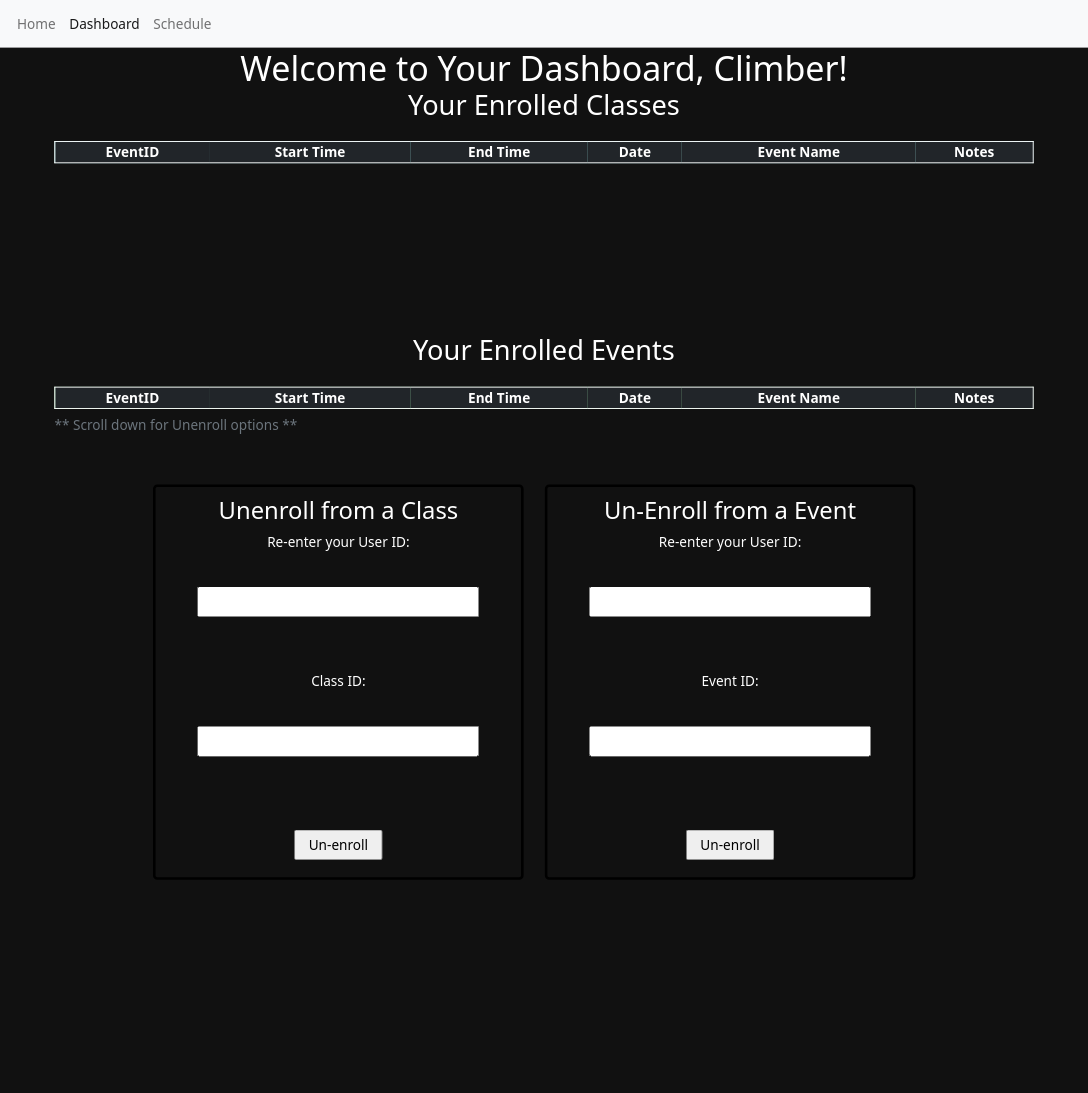
Repository: jennefercampoverde/Rock-Climb-Up
Page: http://localhost/Climberdashboard.php
An editor plug-in stored every save of this project. The page is shown before and after the next save, followed by the edit.
The browser window is 1280 px wide. The pictures show the whole page, at 85% of full size.
The page is run by PHP 8.4 with error messages shown; the project is at /var/www/html/. Queries for data that is not in the repository find no rows.

Above is the page before, as saved 2024-12-08 00:52:59.

### Climberdashboard.php
 <!--show schedule-->
 <DOCTYPE HTML>
<html>
<head>
  <meta charset="utf-8">
  <meta name="viewport" content="width=device-width, initial-scale=1">
  <title> </title>
  <link rel="stylesheet" type="text/css" href="style.css">
  <link href="https://cdn.jsdelivr.net/npm/bootstrap@5.2.3/dist/css/bootstrap.min.css" rel="stylesheet" integrity="sha384-rbsA2VBKQhggwzxH7pPCaAqO46MgnOM80zW1RWuH61DGLwZJEdK2Kadq2F9CUG65" crossorigin="anonymous">
</head>
<body id="home" >
<nav class="navbar navbar-expand-lg bg-light">
    <div class="container-fluid">
    <button class="navbar-toggler" type="button" data-bs-toggle="collapse" data-bs-target="#navbarNavAltMarkup" aria-controls="navbarNavAltMarkup" aria-expanded="false" aria-label="Toggle navigation">
      <span class="navbar-toggler-icon"></span>
    </button>
    <div class="collapse navbar-collapse" id="navbarNavAltMarkup">
      <div class="navbar-nav">
        <a class="nav-link " aria-current="page" href="index2.html">Home</a>
        <a class="nav-link active" href="Climberdashboard.html">Dashboard</a>
        <a class="nav-link" href="schedule.html">Schedule</a>

      </div>
    </div>
  </div>
</nav>
<div id="allText">
<h1 class="headers">Welcome to Your Dashboard, Climber!</h1>
<div id="1" class="scroll">
<h2 class="tableHeaders"> Your Enrolled Classes </h2>
<table class="tablesFormatClasses">
  <br>
    <thead>
    <tr class="bg-dark text-white">
      <th>EventID</th>
      <th> Start Time</th>
      <th> End Time</th>
      <th> Date</th>
      <th>Event Name</th>
      <th>Notes</th>
    </tr>
    </thead>
    <tbody>

<?php
//find events user register for


$servername="localhost";
$username="root";
$password= "";
$database= "SEProject2";
$conn=new mysqli($servername, $username, $password, $database);


//check connection
if($conn->connect_error){
   die("Connection failed" . $conn->connect_error);
   }
 else{

$userID=1;

$findUserEvents="SELECT * FROM Classes WHERE UserID='$userID'";
 $result=$conn->query($findUserEvents);

 if($result->num_rows>0){
   while($row = $result->fetch_assoc()) {
   echo "<tr>
   <td>" . $row['ClassID'] . "</td>
   <td>". $row['StartTime'] . "</td>
   <td>".$row['EndTime'] . "</td>
   <td>".$row['Date']. "</td>
   <td>". $row['ClassName']."</td>
   <td>". $row['Difficulty']."</td>
   </tr>";

}
 }
}
 ?>
 </tbody>
</table>
</div>

<div >
  <h2 class="tableHeaders"> Your Enrolled Events </h2>
  <table class="tablesFormatEvents">
  <br>
    <thead>
    <tr class="bg-dark text-white">
      <th>EventID</th>
      <th> Start Time</th>
      <th> End Time</th>
      <th> Date</th>
      <th>Event Name</th>
      <th>Notes</th>
    </tr>
    </thead>
    <tbody>

 <?php

 $findUserClasses="SELECT * FROM Events WHERE UserID='$userID'";
 $output=$conn ->query($findUserClasses);

 if($output->num_rows>0)
 {
  while($instance=$output->fetch_assoc()){
    echo "<tr>
    <td>".$instance['EventID'] . "</td>
    <td>".$instance['Date']. "</td>
   <td>".$instance['StartTime'] . "</td>
   <td>".$instance['EndTime'] . "</td>
   <td>".$instance['EventName']."</td>
   <td>".$instance['Notes']."</td>
   </tr>";
    }
 }


 //if they press enroll
 //if they press unenroll button
 //if they press logout button do session_destroy(); and redirect to the index.php

?>

</tbody>
<caption id="scrollDownTextUnenroll"> ** Scroll down for Unenroll options **</caption>
</table>

</div>


<!----- Forms-->
<div id="2" class="scroll-animation">

<table class="tablesFormatForms">
    <tr>
      <td>
  <div id="unEnrollClassContainer" class="dashboardContainers">
    <h3> Unenroll from a Class </h3>
    <form id="classForm" action="POST">
    <label for="userID">Re-enter your User ID: </label><br>
      <input type="text" id="ProvidedUserIDClass"><br><br>
      <label for="classID">Class ID: </label><br>
      <input type="text" id="classID"><br><br>
      <br> <input type="Submit" name="unenrollUserClass" value="Un-enroll">
    </form>
  </div>
</td>
<td>
    <div id="enrollContainer" class="dashboardContainers">
    <h3> Un-Enroll from a Event </h3>
    <form id="eventForm" action="POST">
    <label for="userID">Re-enter your User ID: </label><br>
      <input type="text" id="ProvidedUserIDEvents"><br><br>
       <label for="eventID">Event ID: </label><br>
      <input type="text" id="eventID"><br><br>
      <br> <input type="Submit" name="unenrollUserEvent" value="Un-enroll">
    </form>
  </div>
</td>
</tr>
</table>
</div>

<script src="https://cdn.jsdelivr.net/npm/bootstrap@5.2.3/dist/js/bootstrap.bundle.min.js" integrity="sha384-kenU1KFdBIe4zVF0s0G1M5b4hcpxyD9F7jL+jjXkk+Q2h455rYXK/7HAuoJl+0I4" crossorigin="anonymous"></script>
	<script src="script.js"> </script>
</body>
</html>
</DOCTYPE>
<?php


if(isset($_POST['unenrollUserEvent'])){

  $ProvidedUserIDClass=
  $ProvidedUserIDEvent=
  $submittedEventID=
  $submittedClassID=

$AddEvent="DELETE FROM ConfirmEvent WHERE EventID='$submittedEventID' AND UserID='ProvidedUserIDEvent'";

}
else if(isset($_POST['unenrollUserClass'])){
  $AddClass="DELETE FROM ConfirmClass WHERE EventID='$submittedClassID' AND UserID='ProvidedUserIDClass'";

}
$conn->close();
?>

### style.css


#ClimberHeader,.tableHeaders, .headers
{
    margin: auto;
    text-align: center;

}

.tablesFormatClasses{
    border: 1px solid;
    text-align: center;
    width: 100%;
    background-color: #96D4D4;

}
.tablesFormatEvents{
    border: 1px solid;
    text-align: center;
    width: 100%;
    background-color: #96D4A4;
}

.tablesFormatForms {
  border: 1px solid;
  text-align: center;
  margin-top:50px;
  border:none;
  width: 80%;
  border-collapse: collapse;
  margin-left:10%;
  margin-right:10%;
}

.tablesFormatForms td {
  width: 33%;
  vertical-align: top;
}

.dashboardContainers {
  height: auto;
  width: 95%;
  padding: 10px;
  border:3px solid black;
  border-radius:5px;
  text-align: center;
}

.tablesFormatClasses tr:hover, .tablesFormatEvents tr:hover, .tablesFormatUsers tr:hover{
    background-color:  #D6EEEE;
}

.tablesFormatForms tr{
  width:100%;
}

.tablesFormatUsers{
    border: 1px solid;
    text-align: center;
    width: 100%;
    background-color: #B660A4;
}

.dashboardContainers form {
  width: 90%; /* Uniform width for all forms */
  margin: 0 auto; /* Center the forms */
}

.dashboardContainers label, .dashboardContainers input {
  display: block; /* Stack form elements vertically */
  width: 90%; /* Consistent width for labels and inputs */
  margin: 10px auto; /* Add spacing and center the elements */
  box-sizing: border-box;
}

.dashboardContainers input[type="text"] {
  padding: 5px; /* Add padding for better appearance */
}

.dashboardContainers input[type="submit"] {
  width: auto; /* Adjust button width automatically */
  padding: 5px 15px;
  cursor: pointer;
}

.staff {
  width:50%;
  height:50%;
}

.tablesFormatStaff {
  text-align: center;
  margin-top:50px;
  border:none;
  width: 80%;
  border-collapse: collapse;
  margin-left:10%;
  margin-right:10%;
}

.tablesFormatStaff td {
  width: 33%;
  vertical-align: top;
}

.staffContainers {
  height: auto;
  width: 95%;
  padding: 10px;
  border-radius:5px;
  text-align: center;
}

#home {
  background-color:#111;
  color:white;
}

#allText {
  margin-right:5%;
  margin-left:5%;
}

#allText div p {
	font-size:24px;
}

.scroll {
	scroll-snap-align:center;
	text-align:center;
	flex:none;
	margin-bottom:200px;
}

.scroll-animation {
	scroll-snap-align:center;
	text-align:center;
	flex:none;
	margin-bottom:250px;
	opacity: 0;
	transform: translateY(20px); /* Example animation: Slide up from bottom */
	transition: opacity 0.5s ease, transform 0.5s ease;
}

.scroll-animation.is-visible {

  opacity: 1;

  transform: translateY(0);

}

.test {
	border:none;
}

/* Dropdown Button */
.dropbtn {
  background-color: #3498DB;
  color: white;
  padding: 10px;
  font-size: 16px;
  border: none;
  cursor: pointer;
}

/* Dropdown button on hover & focus */
.dropbtn:hover, .dropbtn:focus {
  background-color: #2980B9;
}

/* The container <div> - needed to position the dropdown content */
.dropdown {
  position: relative;
  display: inline-block;
}

/* Dropdown Content (Hidden by Default) */
.dropdown-content {
  display: none;
  position: absolute;
  background-color: #f1f1f1;
  min-width: 160px;
  box-shadow: 0px 8px 16px 0px rgba(0,0,0,0.2);
  z-index: 1;
}

/* Links inside the dropdown */
.dropdown-content a {
  color: black;
  padding: 12px 16px;
  text-decoration: none;
  display: block;
}

/* Change color of dropdown links on hover */
.dropdown-content a:hover {
  background-color: #ddd;
}

/* Show the dropdown menu (use JS to add this class to the .dropdown-content container when the user clicks on the dropdown button) */
.show {
  display:block;
}

### script.js
const elementsToAnimate = document.querySelectorAll('.scroll-animation'); // Select elements with 'scroll-animation' class

function handleScroll() {
  elementsToAnimate.forEach(element => {
    const rect = element.getBoundingClientRect();

    if (rect.top >= window.innerHeight * 0.8 || rect.bottom <= 0.5) {
      // Remove 'is-visible' class when element is out of view
      element.classList.remove('is-visible');
    } else {
      // Add 'is-visible' class when element is in view
      element.classList.add('is-visible');
    }
  });
}

window.addEventListener('scroll', handleScroll);


/* When the user clicks on the button,
toggle between hiding and showing the dropdown content */
function enrollUser() {
  document.getElementById("myDropdown").classList.toggle("show");
}

// Close the dropdown menu if the user clicks outside of it
window.onclick = function(event) {
  if (!event.target.matches('.dropbtn')) {
    var dropdowns = document.getElementsByClassName("dropdown-content");
    var i;
    for (i = 0; i < dropdowns.length; i++) {
      var openDropdown = dropdowns[i];
      if (openDropdown.classList.contains('show')) {
        openDropdown.classList.remove('show');
      }
    }
  }
}

After the next save:
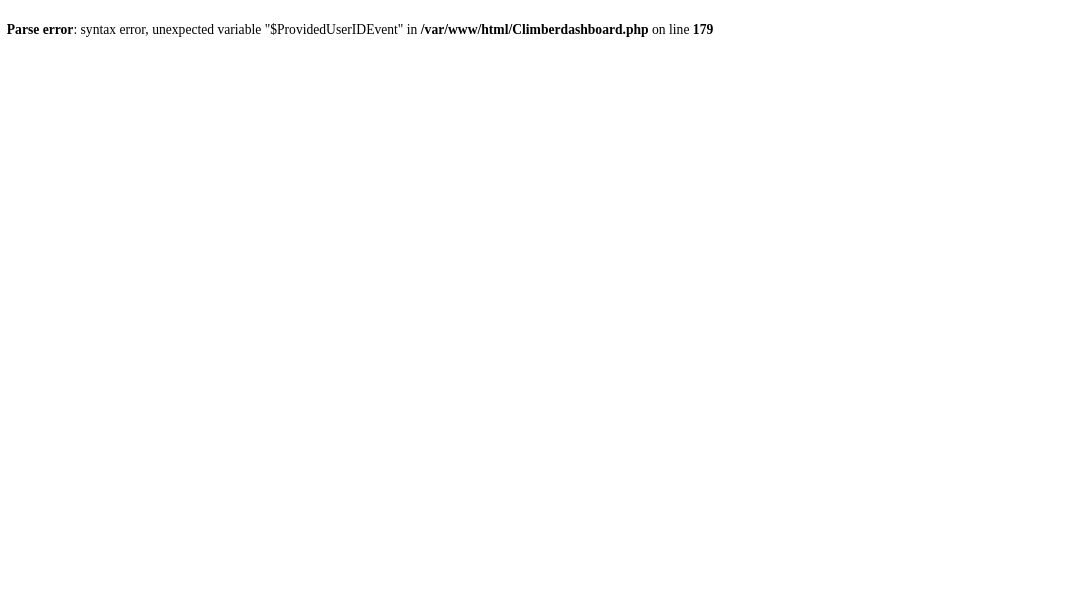
Saved 17 s later.
--- a/Climberdashboard.php
+++ b/Climberdashboard.php
@@ -175,7 +175,7 @@ $findUserEvents="SELECT * FROM Classes WHERE UserID='$userID'";
 
 if(isset($_POST['unenrollUserEvent'])){
 
-  $ProvidedUserIDClass=
+  $ProvidedUserIDClass= _POST
   $ProvidedUserIDEvent=
   $submittedEventID=
   $submittedClassID=
